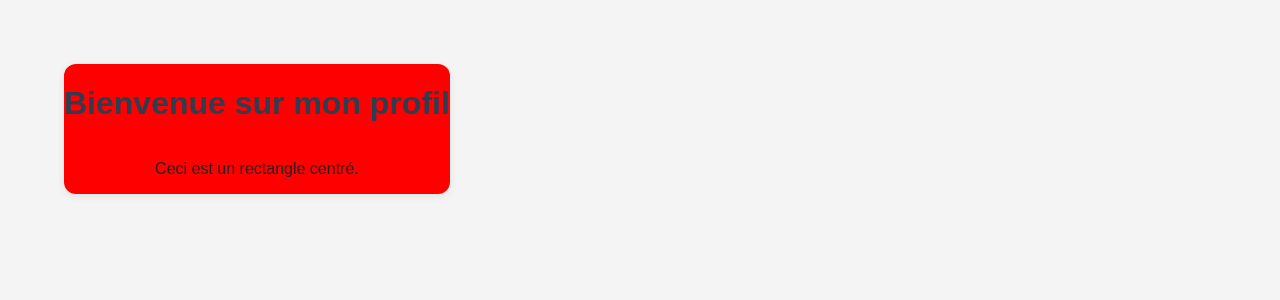
Repository: quadrinex/profile
Page: index.html
The author's editor kept a copy of each file at every save. The page is drawn from the files as they stood at one save, then again after the next save.
The browser window is 1280 px wide. The pictures show the whole page.

Above is the page before, as saved 2025-06-30 16:12:32.

### index.html
<!DOCTYPE html>
<html lang="fr">
<head>
    <meta charset="UTF-8">
    <meta name="viewport" content="width=device-width, initial-scale=1.0">
    <title>Mon Profil</title>
    <link rel="stylesheet" href="main.css">
</head>
<body>
    <!-- ...votre contenu ici... -->
    <div class="container">
        <h1>Bienvenue sur mon profil</h1>
        <p>Ceci est un rectangle centré.</p>
    </div>
</body>
</html>

### main.css
body {
    font-family: Arial, sans-serif;
    background: #f4f4f4;
    margin: 0;
    padding: 0;
    color: #222;
}

h1, h2, h3 {
    color: #2c3e50;
}

a {
    color: #3498db;
    text-decoration: none;
}

a:hover {
    text-decoration: underline;
}

.container {
    max-width: fit-content;
    max-height: fit-content;
    margin: auto;
    background: #ff0000;
    border-radius: 12px;
    box-shadow: 0 2px 8px rgba(0,0,0,0.08);
    display: flex;
    justify-content: center;
    align-items: center;
    position: fixed;
    inset: 0px;
    margin: 5%;
    flex-direction: column;
}

After the next save:
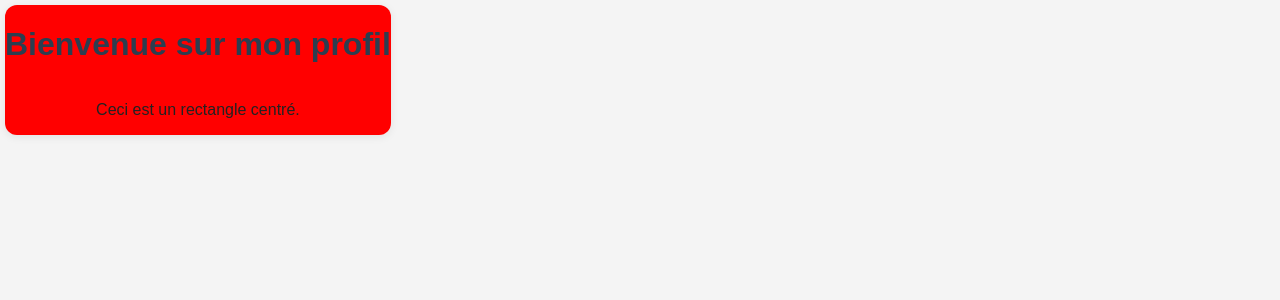
Saved 11 s later.
--- a/main.css
+++ b/main.css
@@ -31,6 +31,6 @@
     align-items: center;
     position: fixed;
     inset: 0px;
-    margin: 5%;
+    margin: 5px;
     flex-direction: column;
 }
